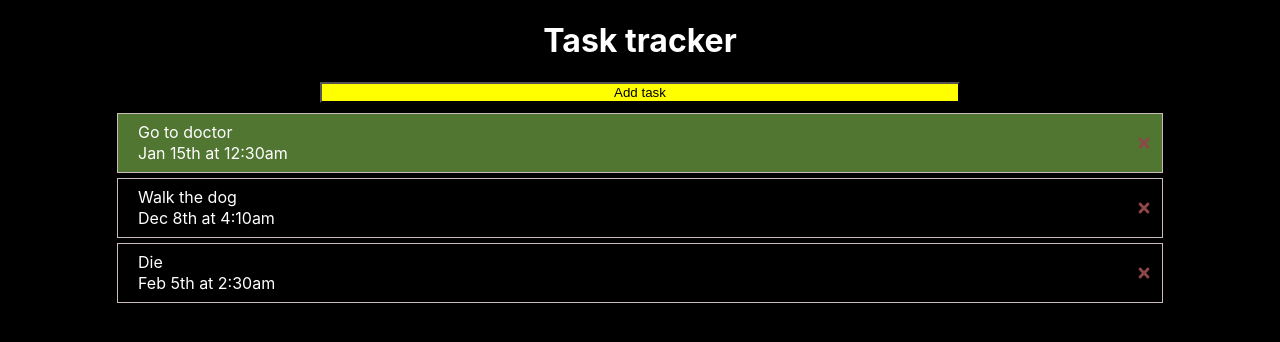
Repository: roscaImarius/task-tracker-react
Page: /
The author's editor kept a copy of each file at every save. The page is drawn from the files as they stood at one save, then again after the next save.
The browser window is 1280 px wide. The pictures show the whole page.
The project was rebuilt for these pictures with package versions that can differ from the ones it lists, and the page was loaded fresh each time. Also part of the build but not shown: src/components/AddTask.js.

Above is the page before, as saved 2021-03-31 12:51:38.

### src/App.js
import "./App.css";
import Header from "./components/Header";
import React, { useState } from "react";

function App() {
  const [showAdd, setShowAdd] = useState(false);
  const [tasks, setTasks] = useState([
    {
      id: 1,
      text: "Go to doctor",
      day: "Jan 15th at 12:30am",
      reminder: false,
    },
    {
      id: 2,
      text: "Walk the dog",
      day: "Dec 8th at 4:10am",
      reminder: true,
    },
    {
      id: 3,
      text: "Die",
      day: "Feb 5th at 2:30am",
      reminder: true,
    },
  ]);

  // show add form
  const onClickAdd = () => {
    setShowAdd(!showAdd);
  };

  // save task
  const onSaveTask = (task) => {
    let randId = new Date().getTime();
    const newTask = { id: randId, ...task };
    console.log(newTask);
    setTasks([...tasks, newTask]);
    setShowAdd(false);
  };

  //delete task
  const onDelete = (id) => {
    setTasks(tasks.filter((t) => t.id !== id));
  };
  // Mark task
  const onDubleClick = (id) => {
    setTasks(
      tasks.map((task) =>
        task.id === id ? { ...task, reminder: !task.reminder } : task
      )
    );
  };
  return (
    <div className="App">
      <Header
        showAdd={showAdd}
        setShowAdd={setShowAdd}
        title={"Task tracker"}
        onDelete={onDelete}
        onSaveTask={onSaveTask}
        onClickAdd={onClickAdd}
        onDubleClick={onDubleClick}
        tasks={tasks}
      />
      {tasks.length === 0 ? <p>No tasks to show</p> : null}
    </div>
  );
}

export default App;

### src/App.css
.App {
  text-align: center;
}
body {
  background-color: black;
  color: white;
}

/* HEADER */
.header-container {
  display: flex;
  flex-direction: column;
}
.add-btn {
  margin: auto;
  width: 50%;
}
.task {
  display: flex;
  justify-content: space-between;
  padding-left: 20px;
  margin: auto;
  line-height: 5px;
  margin-bottom: 5px;
  border: 1px solid rgb(204, 186, 186);
  width: 80%;
  text-align: start;
}
.x {
  margin-right: 10px;
  color: rgb(140, 71, 71);
  margin: auto 5px;
  cursor: pointer;
  padding: 5px;
}
.marked {
  background-color: rgba(161, 236, 100, 0.5);
}
/* FORM */
.form-field {
  margin: 0 auto;
  display: flex;
  flex-direction: column;
  text-align: start;
  width: 80%;
  box-sizing: border-box;
}
.form-container {
  margin: auto;
  width: 70%;
  display: inline-block;
  padding: 10px;
  border: 1px solid gray;
  margin-bottom: 10px;
}

### src/components/Header.js
import React from "react";
import PropTypes from "prop-types";
import Tasks from "./Tasks";
import Button from "./Button";
import AddTask from "./AddTask";

const Header = ({
  title,
  onClickAdd,
  onDelete,
  onSaveTask,
  onDubleClick,
  tasks,
  showAdd,
  setShowAdd,
}) => {
  return (
    <header className="header-container">
      <h1>{title}</h1>
      <Button
        onClick={onClickAdd}
        showAdd={showAdd}
        setShowAdd={setShowAdd}
        color="yellow"
      />
      {showAdd && <AddTask onSaveTask={onSaveTask} />}
      <Tasks onDelete={onDelete} onDubleClick={onDubleClick} tasks={tasks} />
    </header>
  );
};

Header.defaultProps = {
  title: "Task tracker",
};

Header.propTypes = {
  title: PropTypes.string.isRequired,
};

export default Header;

### src/components/Tasks.js
import React from "react";
import Task from "./Task";

const Tasks = ({ tasks, onDubleClick, onDelete }) => {
  return (
    <div>
      {tasks.map((t) => (
        <Task
          key={t.id}
          onDubleClick={onDubleClick}
          onDelete={onDelete}
          t={t}
        />
      ))}
    </div>
  );
};

export default Tasks;

### src/components/Button.js
import React from "react";

const Button = ({ color, showAdd, onClick }) => {
  return (
    <button
      onClick={onClick}
      style={{ backgroundColor: color, marginBottom: "10px" }}
      className="add-btn"
    >
      {showAdd ? "Cancel Add task " : "Add task"}
    </button>
  );
};
Button.defaultProps = {
  color: "blue",
};

export default Button;

### src/components/Task.js
import React from "react";
import { FaTimes } from "react-icons/fa";

const Task = ({ t, onDubleClick, onDelete }) => {
  return (
    <div
      onDoubleClick={() => onDubleClick(t.id)}
      className={t.reminder ? " task" : "task marked"}
    >
      <div>
        <p>{t.text}</p>
        <p>{t.day}</p>
      </div>
      <FaTimes className="x" onClick={() => onDelete(t.id)} />
    </div>
  );
};

export default Task;

Loaded but not shown: public/index.html (common file); src/index.js (common file); src/index.css (common file); src/reportWebVitals.js (common file)

After the next save:
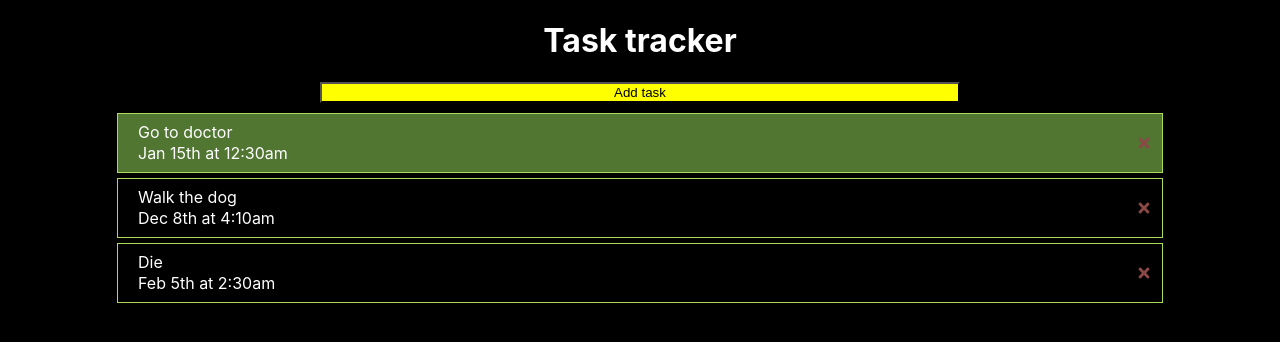
Saved 8 s later.
--- a/src/App.css
+++ b/src/App.css
@@ -22,7 +22,7 @@
   margin: auto;
   line-height: 5px;
   margin-bottom: 5px;
-  border: 1px solid rgb(204, 186, 186);
+  border: 1px solid rgb(170, 220, 90);
   width: 80%;
   text-align: start;
 }

After the save that followed:
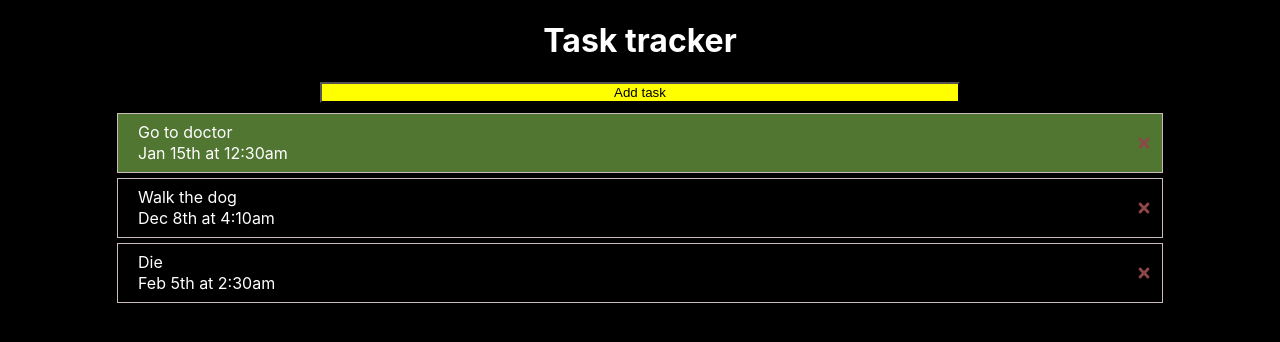
Saved 9 s later.
--- a/src/App.css
+++ b/src/App.css
@@ -22,7 +22,7 @@
   margin: auto;
   line-height: 5px;
   margin-bottom: 5px;
-  border: 1px solid rgb(170, 220, 90);
+  border: 1px solid rgb(204, 186, 186);
   width: 80%;
   text-align: start;
 }
